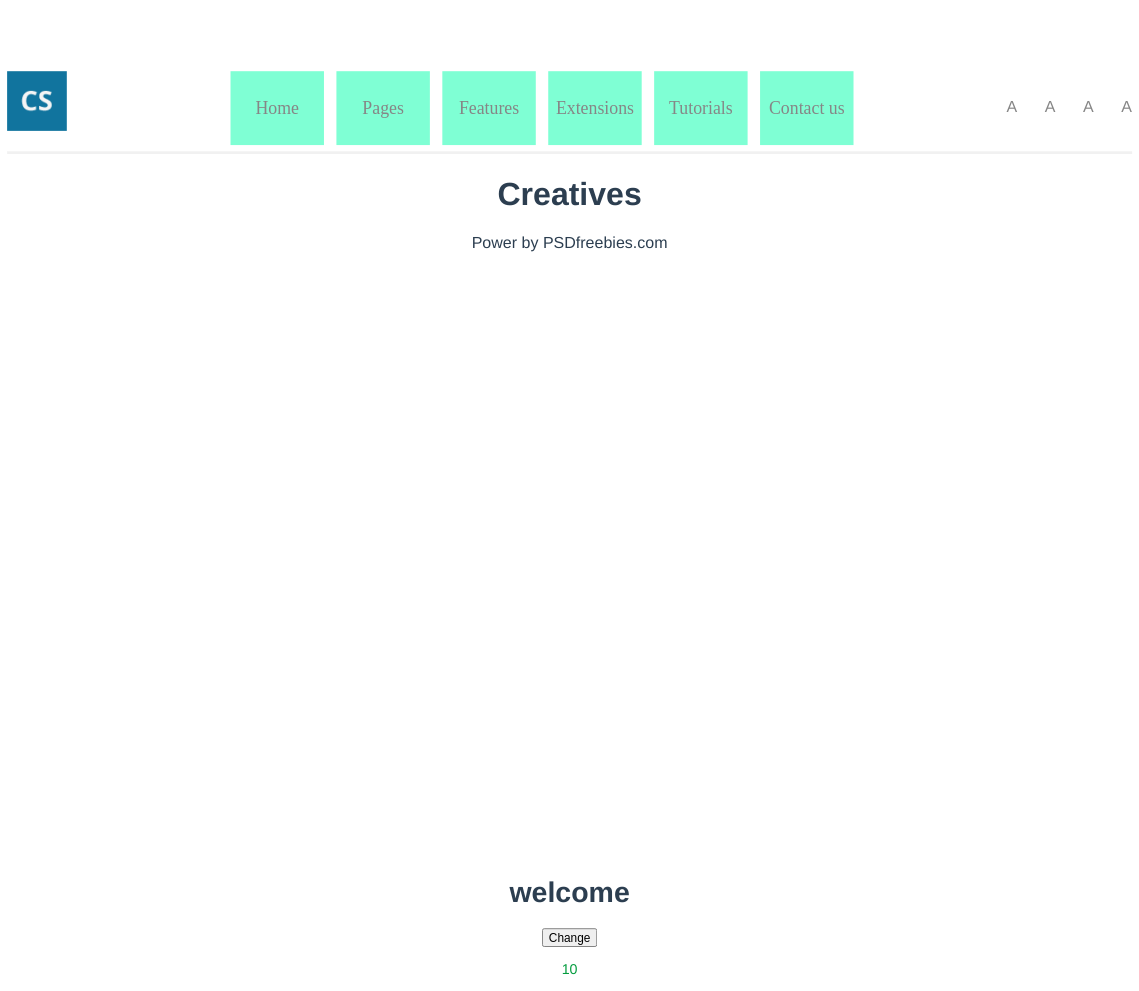
Repository: joker506/Creatives
Page: /
These files come from the project's save history. The page is drawn as it stood at one moment and after the next save; the edit follows.
The browser window is 1280 px wide. The pictures show the whole page, at 89% of full size.
The project was rebuilt for these pictures with package versions that can differ from the ones it lists, and the page was loaded fresh each time.

Above is the page before, as saved 2020-03-29 18:19:36.

After the next save:
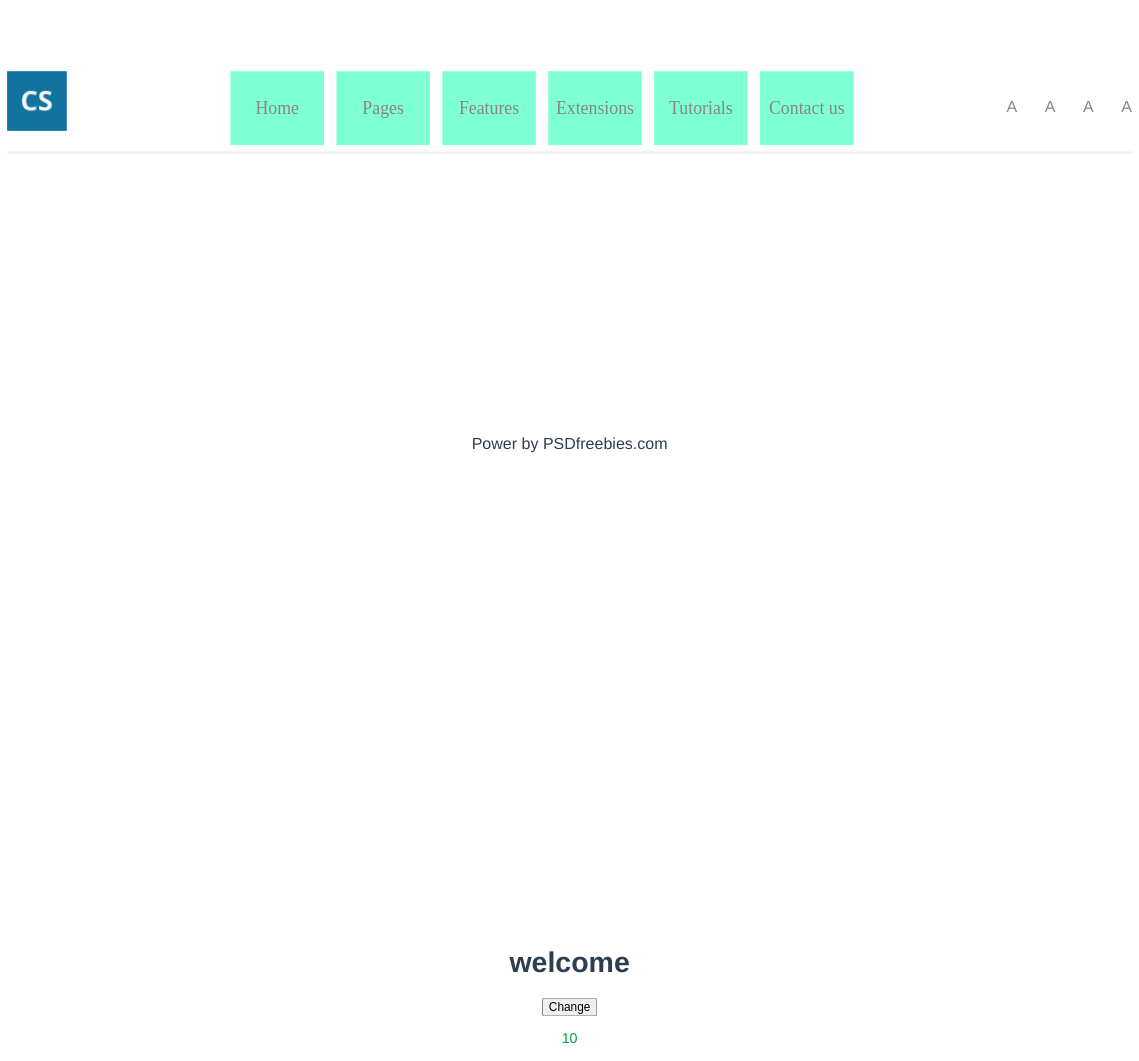
Saved 20 s later.
--- a/src/components/HeaderApp.vue
+++ b/src/components/HeaderApp.vue
@@ -36,7 +36,7 @@
 </div>
 <div class="header__main">
 
-<h1 class="header-title">Creatives</h1>
+<h1 class="header__title">Creatives</h1>
 <p class="">Power by PSDfreebies.com</p>
 
 </div>
